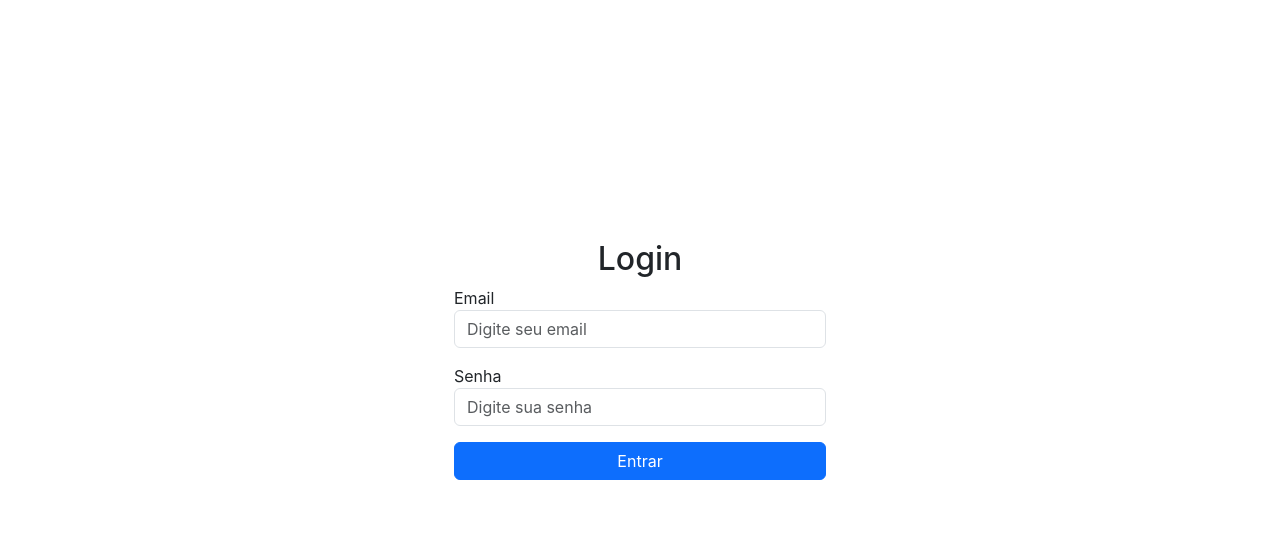
Repository: feliperanon/appliz
Page: /
The author's editor kept a copy of each file at every save. The page is drawn from the files as they stood at one save, then again after the next save.
The browser window is 1280 px wide. The pictures show the whole page.
The project was rebuilt for these pictures with package versions that can differ from the ones it lists, and the page was loaded fresh each time. Also part of the build but not shown: src/components/Cadastro.js, src/components/MedicaoTempo.js, src/components/AnaliseDesempenho.js, src/components/OcorrenciasDiarias.js, src/components/ControleQualidade.js, src/components/CapacitacaoTreinamento.js, src/components/ManutencaoPreventiva.js, src/components/CicloPDCA.js and 1 more.

Above is the page before, as saved 2024-10-10 20:19:04.

### src/index.js
import React from 'react';
import ReactDOM from 'react-dom';
import 'bootstrap/dist/css/bootstrap.min.css'; // Importando o Bootstrap
import './index.css'; // Manter o CSS global se necessário
import App from './App';

ReactDOM.render(
  <React.StrictMode>
    <App />
  </React.StrictMode>,
  document.getElementById('root')
);

### src/App.js
import React from 'react';
import { BrowserRouter as Router, Route, Routes } from 'react-router-dom';
import Login from './components/Login';
import Cadastro from './components/Cadastro';
import MedicaoTempo from './components/MedicaoTempo';
import AnaliseDesempenho from './components/AnaliseDesempenho';
import OcorrenciasDiarias from './components/OcorrenciasDiarias';
import ControleQualidade from './components/ControleQualidade';
import CapacitacaoTreinamento from './components/CapacitacaoTreinamento';
import ManutencaoPreventiva from './components/ManutencaoPreventiva';
import CicloPDCA from './components/CicloPDCA';
import Links from './components/Links'; // Página com links para os tópicos

function App() {
  return (
    <Router>
      <Routes>
        <Route path="/" element={<Login />} />
        <Route path="/links" element={<Links />} />
        <Route path="/cadastro" element={<Cadastro />} />
        <Route path="/medicao-tempo" element={<MedicaoTempo />} />
        <Route path="/analise-desempenho" element={<AnaliseDesempenho />} />
        <Route path="/ocorrencias-diarias" element={<OcorrenciasDiarias />} />
        <Route path="/controle-qualidade" element={<ControleQualidade />} />
        <Route path="/capacitacao-treinamento" element={<CapacitacaoTreinamento />} />
        <Route path="/manutencao-preventiva" element={<ManutencaoPreventiva />} />
        <Route path="/ciclo-pdca" element={<CicloPDCA />} />
      </Routes>
    </Router>
  );
}

export default App;

### src/components/Login.js
import React, { useState } from 'react';
import { useNavigate } from 'react-router-dom';

const Login = () => {
  const [email, setEmail] = useState('');
  const [password, setPassword] = useState('');
  const navigate = useNavigate();

  const handleSubmit = (event) => {
    event.preventDefault();
    if (email === 'admin@appliz.com' && password === '123456') {
      alert('Login realizado com sucesso!');
      navigate('/links');
    } else {
      alert('Email ou senha incorretos!');
    }
  };

  return (
    <div className="container d-flex justify-content-center align-items-center vh-100">
      <div className="col-md-4">
        <h2 className="text-center">Login</h2>
        <form onSubmit={handleSubmit}>
          <div className="form-group mb-3">
            <label>Email</label>
            <input
              type="email"
              className="form-control"
              value={email}
              onChange={(e) => setEmail(e.target.value)}
              placeholder="Digite seu email"
            />
          </div>
          <div className="form-group mb-3">
            <label>Senha</label>
            <input
              type="password"
              className="form-control"
              value={password}
              onChange={(e) => setPassword(e.target.value)}
              placeholder="Digite sua senha"
            />
          </div>
          <button type="submit" className="btn btn-primary w-100">
            Entrar
          </button>
        </form>
      </div>
    </div>
  );
};

export default Login;

Loaded but not shown: public/index.html (common file); src/index.css (common file)

After the next save:
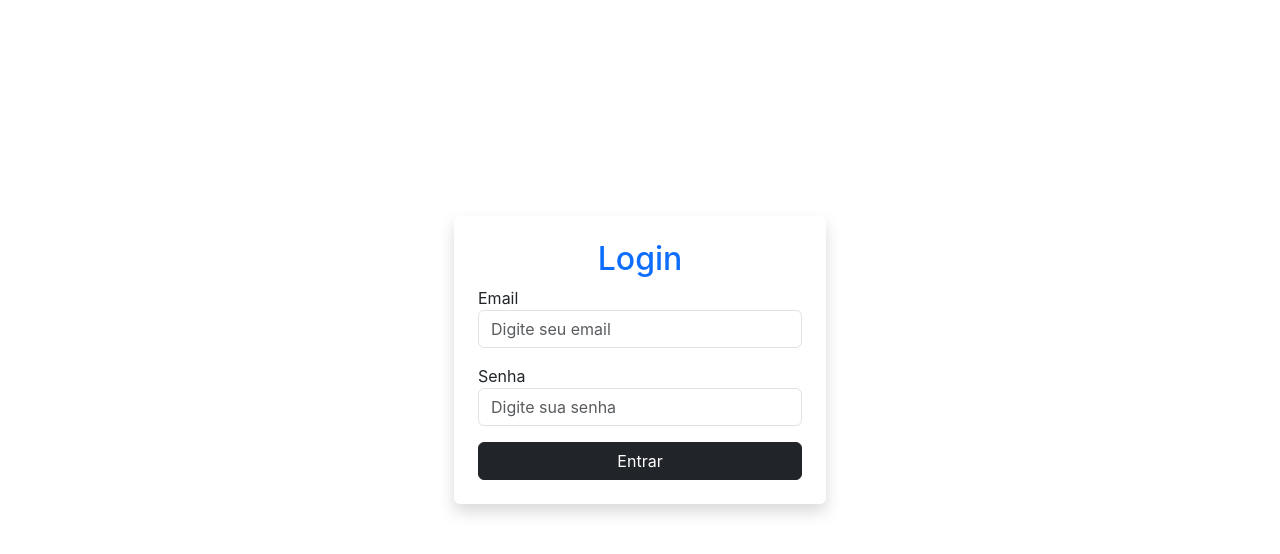
Saved 4 min 19 s later.
--- a/src/components/Login.js
+++ b/src/components/Login.js
@@ -18,8 +18,8 @@ const Login = () => {
 
   return (
     <div className="container d-flex justify-content-center align-items-center vh-100">
-      <div className="col-md-4">
-        <h2 className="text-center">Login</h2>
+      <div className="col-md-4 color1 p-4 rounded shadow">
+        <h2 className="text-center text-primary">Login</h2>
         <form onSubmit={handleSubmit}>
           <div className="form-group mb-3">
             <label>Email</label>
@@ -41,9 +41,7 @@ const Login = () => {
               placeholder="Digite sua senha"
             />
           </div>
-          <button type="submit" className="btn btn-primary w-100">
-            Entrar
-          </button>
+          <button type="submit" className="btn btn-dark w-100">Entrar</button>
         </form>
       </div>
     </div>
